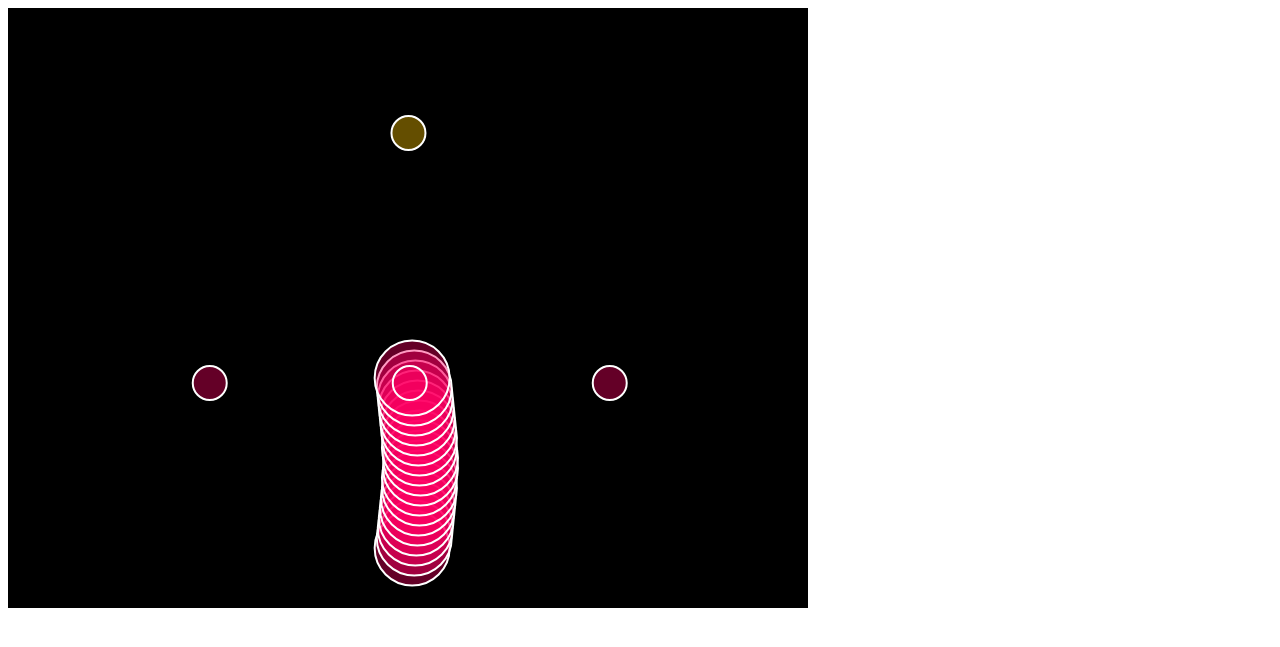
Repository: m0llyc00k/dvia
Page: 01_time/clockindex.html
The author's editor kept a record of every edit. The page is drawn from the files as they stood at one moment, then again after the next edit.
The browser window is 1280 px wide. The pictures show the whole page.

Above is the page before.

### 01_time/clockindex.html

<!DOCTYPE html>
<html lang="en">
  <head>
    <meta charset="UTF-8" />
    <meta http-equiv="X-UA-Compatible" content="IE=edge" />
    <meta name="viewport" content="width=device-width, initial-scale=1.0" />
    <title>Visualizing Time</title>
  </head>
  <body>
    <div id="app"></div>

    <script src="./js/p5.min.js"></script>
    <script src="./js/tweakpane.min.js"></script>
    <script src="./js/day.js"></script>
    <script src="./clock.js"></script>
  </body>
</html>





<!--<html>-->
<!--    <head>-->
<!--        <title>Time</title>-->
<!--    </head>-->
<!--    <body>-->

<!--        <h1 id="clock">Hello, World.</h1>-->

<!--        <script src="https://unpkg.com/dayjs@1.8.21/dayjs.min.js"></script>-->
<!--         <script src="https://unpkg.com/p5"></script>-->
<!--          <script type="text/javascript" src="./app.js"></script>-->
<!--    </body>-->
<!--</html>-->

### 01_time/js/day.js
!(function (t, n) {
  'object' == typeof exports && 'undefined' != typeof module
    ? (module.exports = n())
    : 'function' == typeof define && define.amd
    ? define(n)
    : (t.dayjs = n())
})(this, function () {
  'use strict'
  var t = 'millisecond',
    n = 'second',
    e = 'minute',
    r = 'hour',
    i = 'day',
    s = 'week',
    u = 'month',
    o = 'quarter',
    a = 'year',
    h =
      /^(\d{4})-?(\d{1,2})-?(\d{0,2})[^0-9]*(\d{1,2})?:?(\d{1,2})?:?(\d{1,2})?.?(\d{1,3})?$/,
    f =
      /\[([^\]]+)]|Y{2,4}|M{1,4}|D{1,2}|d{1,4}|H{1,2}|h{1,2}|a|A|m{1,2}|s{1,2}|Z{1,2}|SSS/g,
    c = function (t, n, e) {
      var r = String(t)
      return !r || r.length >= n ? t : '' + Array(n + 1 - r.length).join(e) + t
    },
    d = {
      s: c,
      z: function (t) {
        var n = -t.utcOffset(),
          e = Math.abs(n),
          r = Math.floor(e / 60),
          i = e % 60
        return (n <= 0 ? '+' : '-') + c(r, 2, '0') + ':' + c(i, 2, '0')
      },
      m: function (t, n) {
        var e = 12 * (n.year() - t.year()) + (n.month() - t.month()),
          r = t.clone().add(e, u),
          i = n - r < 0,
          s = t.clone().add(e + (i ? -1 : 1), u)
        return Number(-(e + (n - r) / (i ? r - s : s - r)) || 0)
      },
      a: function (t) {
        return t < 0 ? Math.ceil(t) || 0 : Math.floor(t)
      },
      p: function (h) {
        return (
          { M: u, y: a, w: s, d: i, D: 'date', h: r, m: e, s: n, ms: t, Q: o }[
            h
          ] ||
          String(h || '')
            .toLowerCase()
            .replace(/s$/, '')
        )
      },
      u: function (t) {
        return void 0 === t
      },
    },
    $ = {
      name: 'en',
      weekdays:
        'Sunday_Monday_Tuesday_Wednesday_Thursday_Friday_Saturday'.split('_'),
      months:
        'January_February_March_April_May_June_July_August_September_October_November_December'.split(
          '_'
        ),
    },
    l = 'en',
    m = {}
  m[l] = $
  var y = function (t) {
      return t instanceof v
    },
    M = function (t, n, e) {
      var r
      if (!t) return l
      if ('string' == typeof t) m[t] && (r = t), n && ((m[t] = n), (r = t))
      else {
        var i = t.name
        ;(m[i] = t), (r = i)
      }
      return e || (l = r), r
    },
    g = function (t, n, e) {
      if (y(t)) return t.clone()
      var r = n ? ('string' == typeof n ? { format: n, pl: e } : n) : {}
      return (r.date = t), new v(r)
    },
    D = d
  ;(D.l = M),
    (D.i = y),
    (D.w = function (t, n) {
      return g(t, { locale: n.$L, utc: n.$u, $offset: n.$offset })
    })
  var v = (function () {
    function c(t) {
      ;(this.$L = this.$L || M(t.locale, null, !0)), this.parse(t)
    }
    var d = c.prototype
    return (
      (d.parse = function (t) {
        ;(this.$d = (function (t) {
          var n = t.date,
            e = t.utc
          if (null === n) return new Date(NaN)
          if (D.u(n)) return new Date()
          if (n instanceof Date) return new Date(n)
          if ('string' == typeof n && !/Z$/i.test(n)) {
            var r = n.match(h)
            if (r)
              return e
                ? new Date(
                    Date.UTC(
                      r[1],
                      r[2] - 1,
                      r[3] || 1,
                      r[4] || 0,
                      r[5] || 0,
                      r[6] || 0,
                      r[7] || 0
                    )
                  )
                : new Date(
                    r[1],
                    r[2] - 1,
                    r[3] || 1,
                    r[4] || 0,
                    r[5] || 0,
                    r[6] || 0,
                    r[7] || 0
                  )
          }
          return new Date(n)
        })(t)),
          this.init()
      }),
      (d.init = function () {
        var t = this.$d
        ;(this.$y = t.getFullYear()),
          (this.$M = t.getMonth()),
          (this.$D = t.getDate()),
          (this.$W = t.getDay()),
          (this.$H = t.getHours()),
          (this.$m = t.getMinutes()),
          (this.$s = t.getSeconds()),
          (this.$ms = t.getMilliseconds())
      }),
      (d.$utils = function () {
        return D
      }),
      (d.isValid = function () {
        return !('Invalid Date' === this.$d.toString())
      }),
      (d.isSame = function (t, n) {
        var e = g(t)
        return this.startOf(n) <= e && e <= this.endOf(n)
      }),
      (d.isAfter = function (t, n) {
        return g(t) < this.startOf(n)
      }),
      (d.isBefore = function (t, n) {
        return this.endOf(n) < g(t)
      }),
      (d.$g = function (t, n, e) {
        return D.u(t) ? this[n] : this.set(e, t)
      }),
      (d.year = function (t) {
        return this.$g(t, '$y', a)
      }),
      (d.month = function (t) {
        return this.$g(t, '$M', u)
      }),
      (d.day = function (t) {
        return this.$g(t, '$W', i)
      }),
      (d.date = function (t) {
        return this.$g(t, '$D', 'date')
      }),
      (d.hour = function (t) {
        return this.$g(t, '$H', r)
      }),
      (d.minute = function (t) {
        return this.$g(t, '$m', e)
      }),
      (d.second = function (t) {
        return this.$g(t, '$s', n)
      }),
      (d.millisecond = function (n) {
        return this.$g(n, '$ms', t)
      }),
      (d.unix = function () {
        return Math.floor(this.valueOf() / 1e3)
      }),
      (d.valueOf = function () {
        return this.$d.getTime()
      }),
      (d.startOf = function (t, o) {
        var h = this,
          f = !!D.u(o) || o,
          c = D.p(t),
          d = function (t, n) {
            var e = D.w(h.$u ? Date.UTC(h.$y, n, t) : new Date(h.$y, n, t), h)
            return f ? e : e.endOf(i)
          },
          $ = function (t, n) {
            return D.w(
              h
                .toDate()
                [t].apply(
                  h.toDate(),
                  (f ? [0, 0, 0, 0] : [23, 59, 59, 999]).slice(n)
                ),
              h
            )
          },
          l = this.$W,
          m = this.$M,
          y = this.$D,
          M = 'set' + (this.$u ? 'UTC' : '')
        switch (c) {
          case a:
            return f ? d(1, 0) : d(31, 11)
          case u:
            return f ? d(1, m) : d(0, m + 1)
          case s:
            var g = this.$locale().weekStart || 0,
              v = (l < g ? l + 7 : l) - g
            return d(f ? y - v : y + (6 - v), m)
          case i:
          case 'date':
            return $(M + 'Hours', 0)
          case r:
            return $(M + 'Minutes', 1)
          case e:
            return $(M + 'Seconds', 2)
          case n:
            return $(M + 'Milliseconds', 3)
          default:
            return this.clone()
        }
      }),
      (d.endOf = function (t) {
        return this.startOf(t, !1)
      }),
      (d.$set = function (s, o) {
        var h,
          f = D.p(s),
          c = 'set' + (this.$u ? 'UTC' : ''),
          d = ((h = {}),
          (h[i] = c + 'Date'),
          (h.date = c + 'Date'),
          (h[u] = c + 'Month'),
          (h[a] = c + 'FullYear'),
          (h[r] = c + 'Hours'),
          (h[e] = c + 'Minutes'),
          (h[n] = c + 'Seconds'),
          (h[t] = c + 'Milliseconds'),
          h)[f],
          $ = f === i ? this.$D + (o - this.$W) : o
        if (f === u || f === a) {
          var l = this.clone().set('date', 1)
          l.$d[d]($),
            l.init(),
            (this.$d = l
              .set('date', Math.min(this.$D, l.daysInMonth()))
              .toDate())
        } else d && this.$d[d]($)
        return this.init(), this
      }),
      (d.set = function (t, n) {
        return this.clone().$set(t, n)
      }),
      (d.get = function (t) {
        return this[D.p(t)]()
      }),
      (d.add = function (t, o) {
        var h,
          f = this
        t = Number(t)
        var c = D.p(o),
          d = function (n) {
            var e = g(f)
            return D.w(e.date(e.date() + Math.round(n * t)), f)
          }
        if (c === u) return this.set(u, this.$M + t)
        if (c === a) return this.set(a, this.$y + t)
        if (c === i) return d(1)
        if (c === s) return d(7)
        var $ =
            ((h = {}), (h[e] = 6e4), (h[r] = 36e5), (h[n] = 1e3), h)[c] || 1,
          l = this.$d.getTime() + t * $
        return D.w(l, this)
      }),
      (d.subtract = function (t, n) {
        return this.add(-1 * t, n)
      }),
      (d.format = function (t) {
        var n = this
        if (!this.isValid()) return 'Invalid Date'
        var e = t || 'YYYY-MM-DDTHH:mm:ssZ',
          r = D.z(this),
          i = this.$locale(),
          s = this.$H,
          u = this.$m,
          o = this.$M,
          a = i.weekdays,
          h = i.months,
          c = function (t, r, i, s) {
            return (t && (t[r] || t(n, e))) || i[r].substr(0, s)
          },
          d = function (t) {
            return D.s(s % 12 || 12, t, '0')
          },
          $ =
            i.meridiem ||
            function (t, n, e) {
              var r = t < 12 ? 'AM' : 'PM'
              return e ? r.toLowerCase() : r
            },
          l = {
            YY: String(this.$y).slice(-2),
            YYYY: this.$y,
            M: o + 1,
            MM: D.s(o + 1, 2, '0'),
            MMM: c(i.monthsShort, o, h, 3),
            MMMM: h[o] || h(this, e),
            D: this.$D,
            DD: D.s(this.$D, 2, '0'),
            d: String(this.$W),
            dd: c(i.weekdaysMin, this.$W, a, 2),
            ddd: c(i.weekdaysShort, this.$W, a, 3),
            dddd: a[this.$W],
            H: String(s),
            HH: D.s(s, 2, '0'),
            h: d(1),
            hh: d(2),
            a: $(s, u, !0),
            A: $(s, u, !1),
            m: String(u),
            mm: D.s(u, 2, '0'),
            s: String(this.$s),
            ss: D.s(this.$s, 2, '0'),
            SSS: D.s(this.$ms, 3, '0'),
            Z: r,
          }
        return e.replace(f, function (t, n) {
          return n || l[t] || r.replace(':', '')
        })
      }),
      (d.utcOffset = function () {
        return 15 * -Math.round(this.$d.getTimezoneOffset() / 15)
      }),
      (d.diff = function (t, h, f) {
        var c,
          d = D.p(h),
          $ = g(t),
          l = 6e4 * ($.utcOffset() - this.utcOffset()),
          m = this - $,
          y = D.m(this, $)
        return (
          (y =
            ((c = {}),
            (c[a] = y / 12),
            (c[u] = y),
            (c[o] = y / 3),
            (c[s] = (m - l) / 6048e5),
            (c[i] = (m - l) / 864e5),
            (c[r] = m / 36e5),
            (c[e] = m / 6e4),
            (c[n] = m / 1e3),
            c)[d] || m),
          f ? y : D.a(y)
        )
      }),
      (d.daysInMonth = function () {
        return this.endOf(u).$D
      }),
      (d.$locale = function () {
        return m[this.$L]
      }),
      (d.locale = function (t, n) {
        if (!t) return this.$L
        var e = this.clone(),
          r = M(t, n, !0)
        return r && (e.$L = r), e
      }),
      (d.clone = function () {
        return D.w(this.$d, this)
      }),
      (d.toDate = function () {
        return new Date(this.valueOf())
      }),
      (d.toJSON = function () {
        return this.isValid() ? this.toISOString() : null
      }),
      (d.toISOString = function () {
        return this.$d.toISOString()
      }),
      (d.toString = function () {
        return this.$d.toUTCString()
      }),
      c
    )
  })()
  return (
    (g.prototype = v.prototype),
    (g.extend = function (t, n) {
      return t(n, v, g), g
    }),
    (g.locale = M),
    (g.isDayjs = y),
    (g.unix = function (t) {
      return g(1e3 * t)
    }),
    (g.en = m[l]),
    (g.Ls = m),
    g
  )
})

### 01_time/clock.js


let xpos = 1;
let ypos = 0;

function setup() {
  createCanvas(800, 600);
}
function draw() {
  background(0);
  stroke(255);
  strokeWeight(2);
  firstWorm();

  minuteEllipse();
  hourEllipse()

}

 function firstWorm () {
  ellipse(400 + sin(xpos) * second()*2, 540, 75, 75);
  ellipse(400 + sin(xpos) * second()*3, 530, 75, 75);
  ellipse(400 + sin(xpos) * second()*3.5, 520, 75, 75);
  ellipse(400 + sin(xpos) * second()*4, 510, 75, 75);
  ellipse(400 + sin(xpos) * second()*4.5, 500, 75, 75);
  ellipse(400 + sin(xpos) * second()*5, 490, 75, 75);
  ellipse(400 + sin(xpos) * second()*5.5, 480, 75, 75);
  ellipse(400 + sin(xpos) * second()*5.5, 470, 75, 75);
  ellipse(400 + sin(xpos) * second()*6, 460, 75, 75);
  ellipse(400 + sin(xpos) * second()*6, 450, 75, 75);
  ellipse(400 + sin(xpos) * second()*5.5, 440, 75, 75);
  ellipse(400 + sin(xpos) * second()*5.5, 430, 75, 75);
  ellipse(400 + sin(xpos) * second()*5, 420, 75, 75);
  ellipse(400 + sin(xpos) * second()*4.5, 410, 75, 75);
  ellipse(400 + sin(xpos) * second()*4, 400, 75, 75);
  ellipse(400 + sin(xpos) * second()*3.5, 390, 75, 75);
  ellipse(400 + sin(xpos) * second()*3, 380, 75, 75);
  ellipse(400 + sin(xpos) * second()*2, 370, 75, 75);
  fill(255, 0, 100,100);
  xpos += 0.01;
 }

//   function secondWorm () {
//   ellipse(200 + sin(xpos) * second()*2, 550, 75, 75);
//   ellipse(200 + sin(xpos) * second()*3, 540, 75, 75);
//   ellipse(200 + sin(xpos) * second()*3.5, 530, 75, 75);
//   ellipse(200 + sin(xpos) * second()*4, 520, 75, 75);
//   ellipse(200 + sin(xpos) * second()*4.5, 510, 75, 75);
//   ellipse(200 + sin(xpos) * second()*5, 500, 75, 75);
//   ellipse(200 + sin(xpos) * second()*5.5, 490, 75, 75);
//   ellipse(200 + sin(xpos) * second()*6, 480, 75, 75);
//   ellipse(200 + sin(xpos) * second()*5.5, 470, 75, 75);
//   ellipse(200 + sin(xpos) * second()*5, 460, 75, 75);
//   ellipse(200 + sin(xpos) * second()*4.5, 450, 75, 75);
//   ellipse(200 + sin(xpos) * second()*4, 440, 75, 75);
//   ellipse(200 + sin(xpos) * second()*3.5, 430, 75, 75);
//   ellipse(200 + sin(xpos) * second()*3, 420, 75, 75);
//   ellipse(200 + sin(xpos) * second()*2, 410, 75, 75);
//   fill(255,100,0,100);

// }

//   function thirdWorm () {
//   ellipse(600 + sin(xpos) * second()*2, 550, 60, 60);
//   ellipse(600 + sin(xpos) * second()*3, 540, 60, 60);
//   ellipse(600 + sin(xpos) * second()*3.5, 530, 60, 60);
//   ellipse(600 + sin(xpos) * second()*4, 520, 60, 60);
//   ellipse(600 + sin(xpos) * second()*4.5, 510, 60, 60);
//   ellipse(600 + sin(xpos) * second()*5, 500, 60, 60);
//   ellipse(600 + sin(xpos) * second()*5.5, 490, 60, 60);
//   ellipse(600 + sin(xpos) * second()*6, 480, 60, 60);
//   ellipse(600 + sin(xpos) * second()*5.5, 470, 60, 60);
//   ellipse(600 + sin(xpos) * second()*5, 460, 60, 60);
//   ellipse(600 + sin(xpos) * second()*4.5, 450, 60, 60);
//   ellipse(600 + sin(xpos) * second()*4, 440, 60, 60);
//   ellipse(600 + sin(xpos) * second()*3.5, 430, 60, 60);
//   ellipse(600 + sin(xpos) * second()*3, 420, 60, 60);
//   ellipse(600 + sin(xpos) * second()*2, 410, 60, 60);
//   fill(255, 0, 100, 100);
//   xpos += 0.01;
// }


  function minuteEllipse () {
  ellipse(400 + sin(xpos) * minute(), 375, second(), second());
  ellipse(200 + sin(xpos) * minute(), 375, second(), second());
  ellipse(600 + sin(xpos) * minute(), 375, second(), second());
  fill(255, 200, 0, 100);
  xpos += 0.03;
  }

  function hourEllipse () {
  ellipse(400 + sin(xpos) * hour(), 125, minute(), minute());
  fill(255, 0, 100, 100);
  xpos += 0.03;
  }

Loaded but not shown: 01_time/js/p5.min.js (library); 01_time/js/tweakpane.min.js (library)

After the next edit:
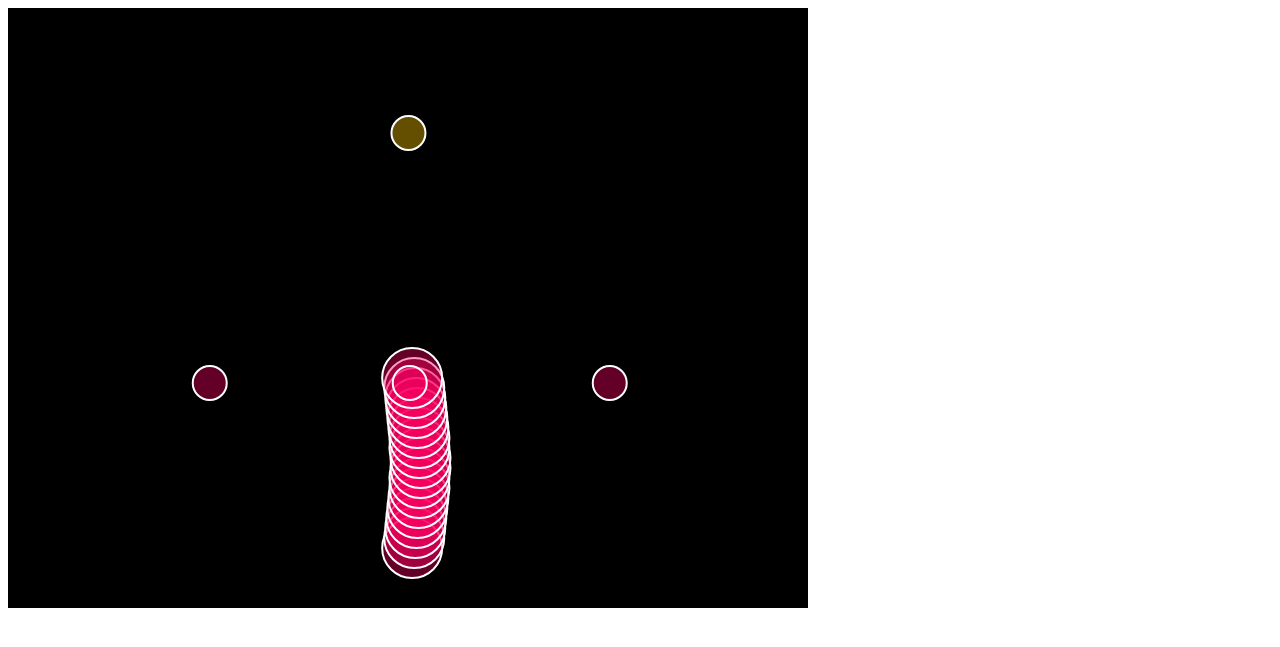
The edit:
--- a/01_time/clock.js
+++ b/01_time/clock.js
@@ -18,24 +18,24 @@
 }
 
  function firstWorm () {
-  ellipse(400 + sin(xpos) * second()*2, 540, 75, 75);
-  ellipse(400 + sin(xpos) * second()*3, 530, 75, 75);
-  ellipse(400 + sin(xpos) * second()*3.5, 520, 75, 75);
-  ellipse(400 + sin(xpos) * second()*4, 510, 75, 75);
-  ellipse(400 + sin(xpos) * second()*4.5, 500, 75, 75);
-  ellipse(400 + sin(xpos) * second()*5, 490, 75, 75);
-  ellipse(400 + sin(xpos) * second()*5.5, 480, 75, 75);
-  ellipse(400 + sin(xpos) * second()*5.5, 470, 75, 75);
-  ellipse(400 + sin(xpos) * second()*6, 460, 75, 75);
-  ellipse(400 + sin(xpos) * second()*6, 450, 75, 75);
-  ellipse(400 + sin(xpos) * second()*5.5, 440, 75, 75);
-  ellipse(400 + sin(xpos) * second()*5.5, 430, 75, 75);
-  ellipse(400 + sin(xpos) * second()*5, 420, 75, 75);
-  ellipse(400 + sin(xpos) * second()*4.5, 410, 75, 75);
-  ellipse(400 + sin(xpos) * second()*4, 400, 75, 75);
-  ellipse(400 + sin(xpos) * second()*3.5, 390, 75, 75);
-  ellipse(400 + sin(xpos) * second()*3, 380, 75, 75);
-  ellipse(400 + sin(xpos) * second()*2, 370, 75, 75);
+  ellipse(400 + sin(xpos) * second()*2, 540, 60, 60);
+  ellipse(400 + sin(xpos) * second()*3, 530, 60, 60);
+  ellipse(400 + sin(xpos) * second()*3.5, 520, 60, 60);
+  ellipse(400 + sin(xpos) * second()*4, 510, 60, 60);
+  ellipse(400 + sin(xpos) * second()*4.5, 500, 60, 60);
+  ellipse(400 + sin(xpos) * second()*5, 490, 60, 60);
+  ellipse(400 + sin(xpos) * second()*5.5, 480, 60, 60);
+  ellipse(400 + sin(xpos) * second()*5.5, 470, 60, 60);
+  ellipse(400 + sin(xpos) * second()*6, 460, 60, 60);
+  ellipse(400 + sin(xpos) * second()*6, 450, 60, 60);
+  ellipse(400 + sin(xpos) * second()*5.5, 440, 60, 60);
+  ellipse(400 + sin(xpos) * second()*5.5, 430, 60, 60);
+  ellipse(400 + sin(xpos) * second()*5, 420, 60, 60);
+  ellipse(400 + sin(xpos) * second()*4.5, 410, 60, 60);
+  ellipse(400 + sin(xpos) * second()*4, 400, 60, 60);
+  ellipse(400 + sin(xpos) * second()*3.5, 390, 60, 60);
+  ellipse(400 + sin(xpos) * second()*3, 380, 60, 60);
+  ellipse(400 + sin(xpos) * second()*2, 370, 60, 60);
   fill(255, 0, 100,100);
   xpos += 0.01;
  }
